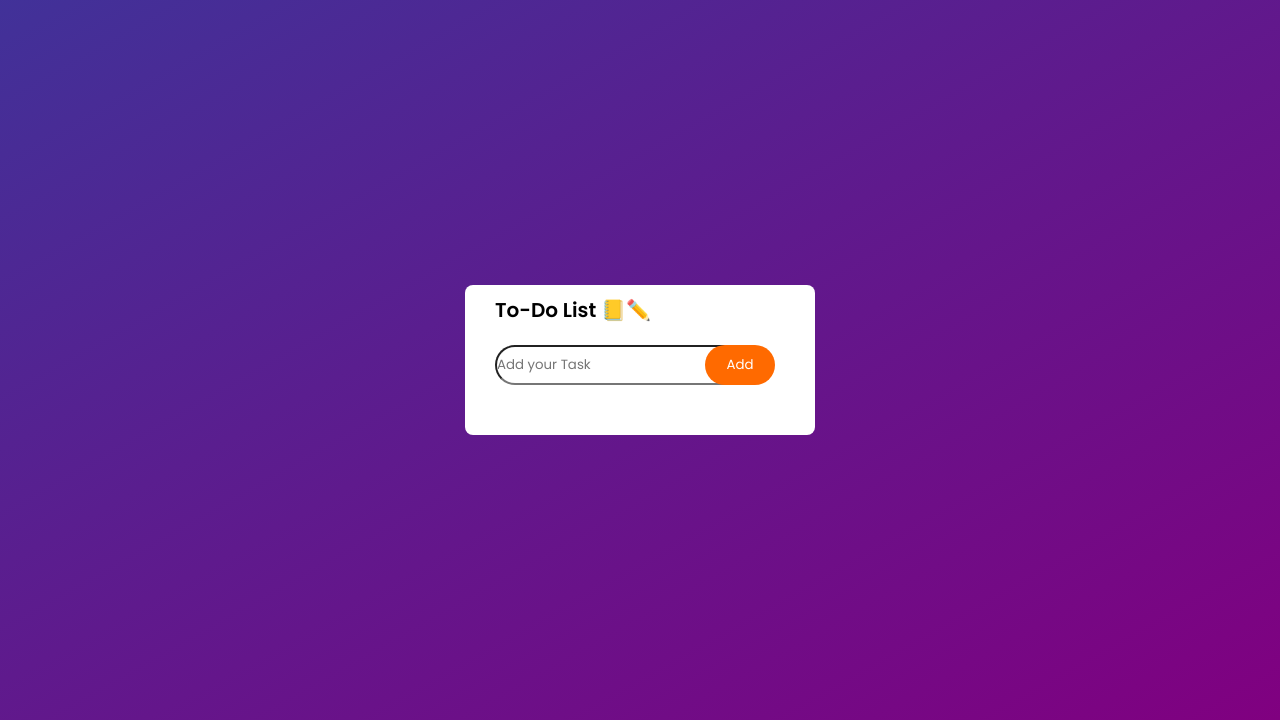
Repository: Ankitkr2021/To-Do-List
Page: index.html
The author's editor kept a copy of each file at every save. The page is drawn from the files as they stood at one save, then again after the next save.
The browser window is 1280 px wide. The pictures show the whole page.

Above is the page before, as saved 2025-10-03 10:10:56.

After the next save:
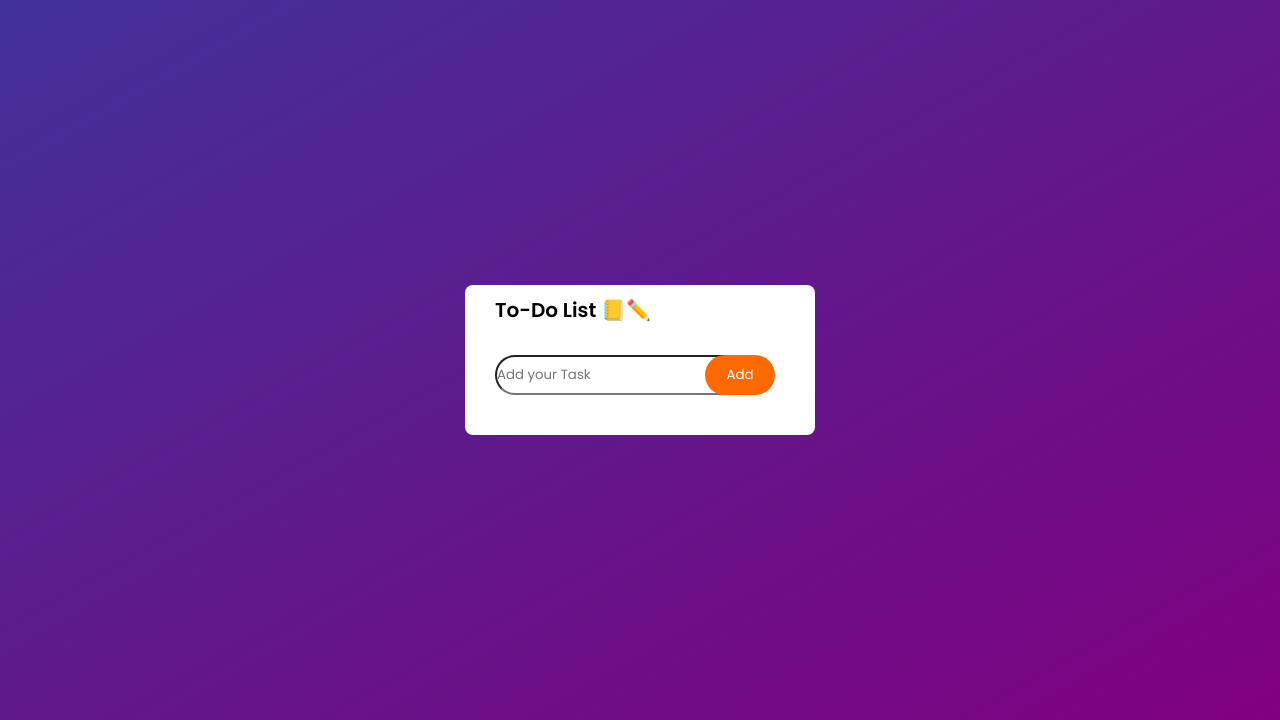
Saved 6 s later.
--- a/style.css
+++ b/style.css
@@ -31,7 +31,7 @@ body{
 
 .task {
     /* background: #000; */
-    padding: 10px 30px;
+    padding: 20px 30px;
     position: relative;
 }
 
